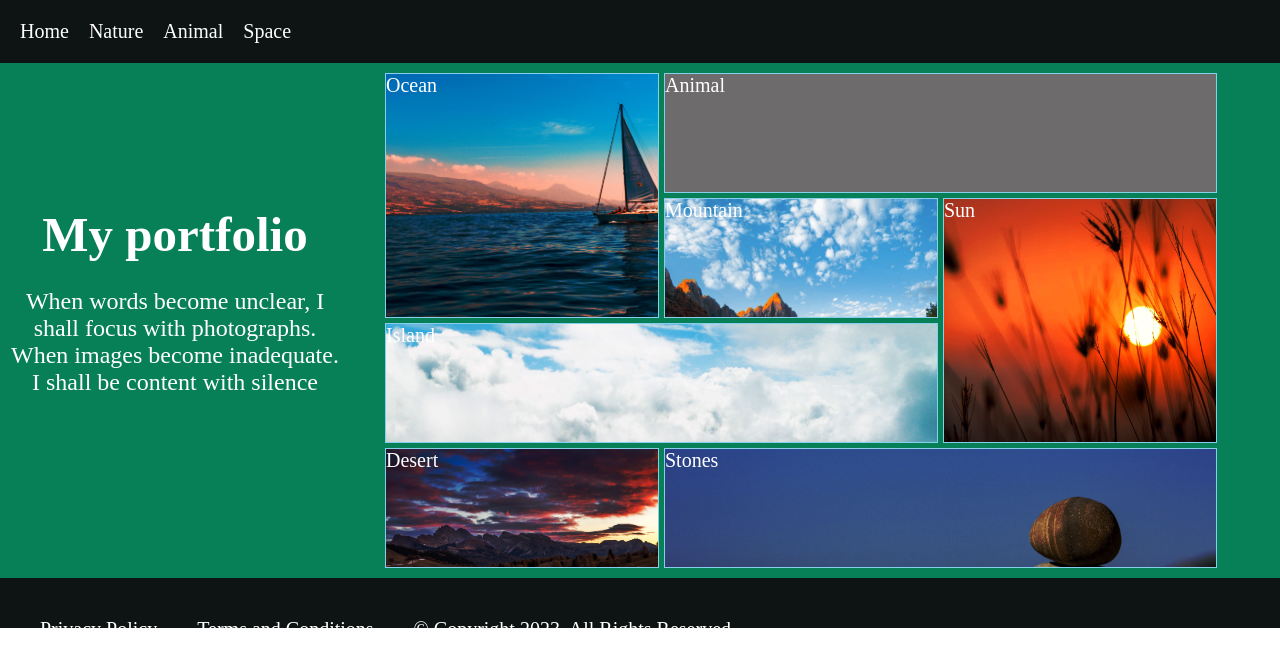
Repository: suraj-yadav7/03_Gallery_Portfolio
Page: index.html
The author's editor kept a copy of each file at every save. The page is drawn from the files as they stood at one save, then again after the next save.
The browser window is 1280 px wide. The pictures show the whole page.
Pictures or frames that could not be fetched are drawn as grey boxes. Some web fonts or font styles are not loaded; a fallback is used.

Above is the page before, as saved 2023-02-14 21:25:03.

After the next save:
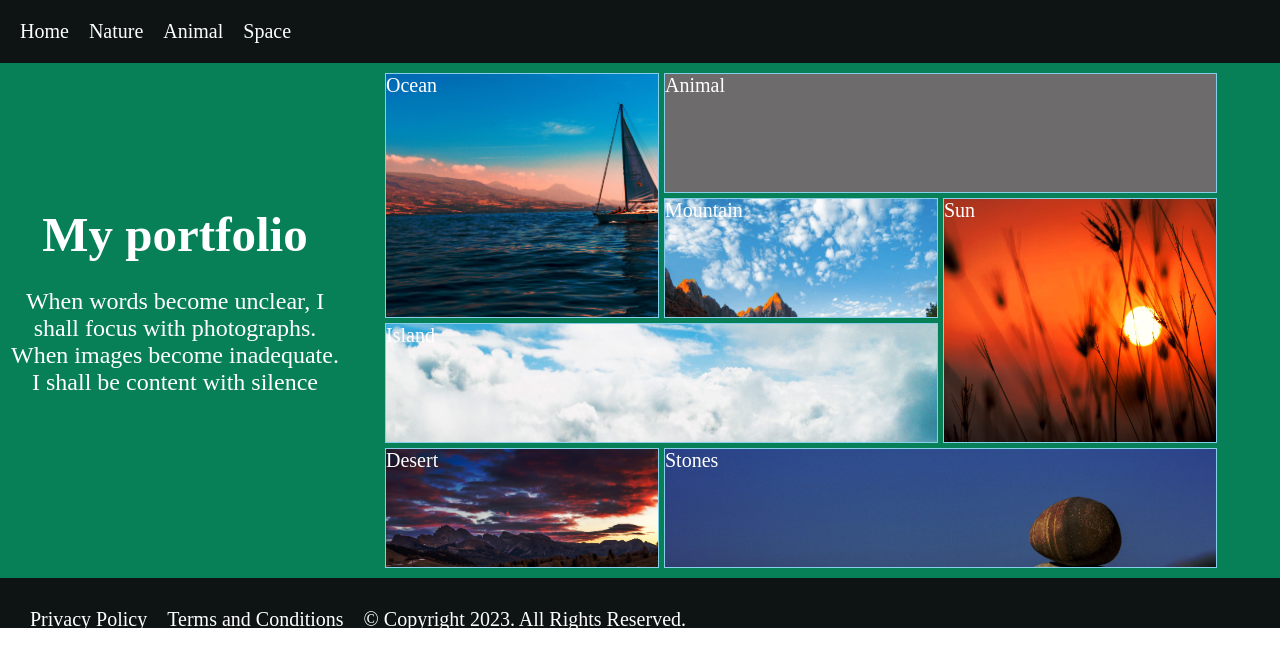
Saved 10 s later.
--- a/style.css
+++ b/style.css
@@ -151,7 +151,7 @@ footer{
     font-size: 20px;
 }
 footer a{
-margin:20px;
+margin:10px;
 }
 /* media queries for Mobile Responsiveness */
 
